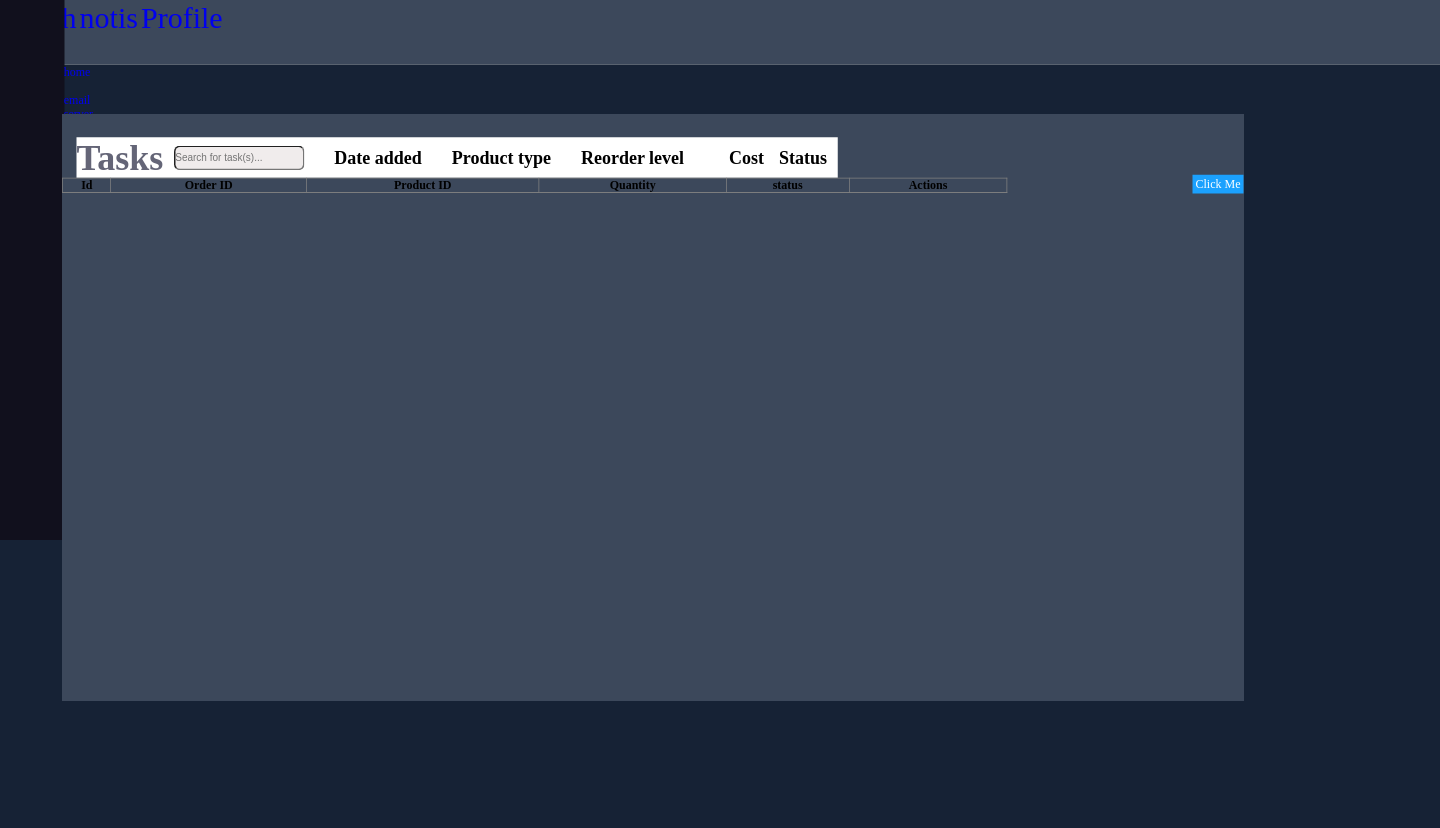
Repository: leystra019/nea
Page: http://localhost/neatest/scripts/php/staff/manageorder.php
These files come from the project's save history. The page is drawn as it stood at one moment and after the next save; the edit follows.
The browser window is 1280 px wide. The page is 1920 px wide, so the pictures cover 1920 px, including what lies to the right of the window. The pictures show the whole page, at 75% of full size.
The page is run by PHP 8.4 with error messages shown; the project is at /var/www/html/. Queries for data that is not in the repository find no rows.

Above is the page before, as saved 2023-02-16 18:58:54.

### scripts/php/staff/manageorder.php
<!DOCTYPE html>
<html lang="en">
<head>
    <meta charset="UTF-8">
    <meta http-equiv="X-UA-Compatible" content="IE=edge">
    <meta name="viewport" content="width=device-width, initial-scale=1.0">
    <title>Orders</title>
    <link rel="stylesheet" href="/neatest/scripts/css/main.css">
    <link rel="stylesheet" href="/neatest/scripts/css/staff/order.css">
</head>
<body>
    <div class="container">
        <nav class="navbar">
            <ul>
                <li><a href="#">search</a></li>
                <li><a href="#">notis</a></li>
                <li><a href="#">Profile</a></li>
            </ul>
        </nav>
        <nav class="sidebar">
            <ul>
                <li><a href="/neatest/scripts/php/staffhome.php">home</a></li>
                <li><a href="#">email server</a></li>
                <li><a href="/neatest/html/order.html">order</a></li>
                <li><a href="#">management</a></li>
            </ul>
        </nav>
        <div class="bg">
            <main>
                <div class="card">
                    <div style="z-index: 1;" class="taskbarcontainer">
                        <h1>Tasks</h1>
                        <input type="text" id ="tasksrch" onkeyup="myFunction()" placeholder="Search for task(s)...">
                        <div class="dateadd">
                            <h2>Date added</h2>
                        </div>
                        <div class="prodtype">
                            <h2>Product type</h2>
                        </div>
                        <div class="reordlvl">
                            <h2>Reorder level</h2>
                        </div>
                        <div class="cost">
                            <h2>Cost</h2>
                        </div>
                        <div class="status">
                            <h2>Status</h2>
                        </div>
                    </div>
                    <div class="right-sideb">
                        <a href="#" id="cbutton" class="button">Click Me</a>
                    </div>
                    <div class="table" >
                        <table style= "border-collapse: collapse" border= "1" width="80%">
                            <form action = "/neatest/php/testing.php" method="post">
                                <thead style="justify-items: centre">
                                    <tr>
                                        <th>Id</th>
                                        <th>Order ID</th>
                                        <th>Product ID</th>
                                        <th>Quantity</th>
                                        <th>status</th>
                                        <th>Actions</th>
                                    </tr>
                                </thead>
                                <tbody style="width: 80%;">
                                <tr>
                                    <?php
                                    ini_set('display_errors', 1);
                                    ini_set('display_startup_errors', 1);
                                    error_reporting(E_ALL);
                                    session_start();

                                    // Connect to the database and retrieve the product data
                                    $conn = mysqli_connect('localhost', 'root', '', 'neatest');
                                    if ($conn->connect_error) {
                                    die('Connection failed: ' . $conn->connect_error);
                                    }
                                    // Retrieve the product ID from the URL query string
                                    $product_id = isset($_GET['id']) ? intval($_GET['id']) : 0;


                                    // Retrieve the product data from the database
                                    $query = "SELECT * FROM orders";
                                    $result = mysqli_query($conn, $query);
                                    if (mysqli_num_rows($result) > 0) {
                                        $order = mysqli_fetch_assoc($result);
                                        $order_id = $order ['order_id'];
                                        $product_id = $order ['product_id'];
                                        $status = $order ['status'];
                                        $quantity = $order ['quantity'];
                                    }
                                    ?>

                                </tr>
                                </tbody>

                            </form>

                            <div class="bg-modal">
                                <div class="modal-content">
                                    <form action="/neatest/scripts/php/staff/changeorder.php" method="post">
                                        <input type="text" placeholder="order_id(s)" name="order_id">
                                        <input type="text" placeholder="product_id" name="product_id">
                                        <input type="text" placeholder="quantity" name="quantity">
                                        <input type="text" placeholder="status" name="status">
                                        <input type="submit"  placeholder="confirm changes">
                                    </form>
                                    <div class="close">+</div>

                                </div>
                            </div>
                    </table>

                </div>
            </div>
            <script src="/neatest/scripts/js/order.js"></script>




</body>
</html>

### scripts/css/main.css
* {
    margin: 0;
    padding: 0;
    text-decoration: none;

  }

  ::marker {
    display: none !important;
  }

  .container {
    padding: 0px 0px 0px 0px !important;
    margin: 0px 0px 0px 0px !important;
    display: grid !important;
    grid-template-areas: "nav nav" "sidebar main";
    content: none !important;
  }

body {
  overflow-y: hidden; /* Hide vertical scrollbar */
  overflow-x: hidden; /* hidden Hide horizontal scrollbar */

}


.navbar {
  background-color:#3C485B !important;
  grid-area: nav;
  height: 86px;
  width: 1920px;
  display: flex;
  padding-top: 0px;
  padding-bottom: 0px;
  justify-content: inline;
  margin: 0px 0px 0px 0px;

}

.navtop div a {
	padding: 0 20px;
	text-decoration: none;
	color: #c1c4c8;
	font-weight: bold;
}
.navtop div a i {
	padding: 2px 8px 0 0;
}


.navbar ul li {
  display: inline-block;
  font-size: 40px;


}


.sidebar{
  background:#3C485B;
  position: fixed;
  grid-area: sidebar;
  left: 0;
  top: 0;
  height: 100%;
  width: 86px;
  background: #11101D;
  transition: all 0.5s ease;
  text-align: left;
}

.sidebar.open{
  width: 423px;
}

#btn.fa-sharp.fa-solid.fa-bars {
  margin-top: 13px;
  margin-left: 25px;
}

#btn.fa-sharp.fa-solid.fa-bars.rotate {
  transform: rotate(90deg);
}

.sidebar ul {
  margin-top: 87px;
  margin-left: 85px;
}

.sidebar ul li{
  list-style: none;
}


li {
  margin-bottom: 20px;
}

.sidebar-list {
  display: none;
}

.sidebar-list a:hover {
  color: #2F9CC3;
}



.sidebar-list a {
  font-size: 39px;
  font-weight: bolder;
  margin-bottom: 40px;
  color: #CAE1EA;
}

.sidebar.open .sidebar-list {
  display: block !important;
}



.bg {
    background: #162235;
    width: 1920px;
    height: 1018px;
    padding: 0px 0px 0px 0px;
    margin: 0px 0px 0px 0px;
}


/*
I need to make it so the sidebar symbol "=" is enlarged and rotate it
<nav class="sidebar">
<ul>
    <li><a href="/neatest/html/home.html">=</a></li>
</ul>
</nav> */

### scripts/css/staff/order.css
.card {
	width: 1575px;
	height: 751px;
	padding-top: 31px;
	background-color: #3C485B;
	margin-left: 83px;
	margin-top: 66px;
	position: relative;

}

.bg-modal {
	background-color: rgba(0, 0, 0, 0.4);
	width: 100%;
	height: 91%;
	position: absolute;
	top: 9%;
	display: none;
	justify-content: center;
	align-items: center;
}


.modal-content {
    width: 800px;
    height: 500px;
    background-color: white;
    text-align: center;
	padding: 20px;
	position: relative;
	border-radius: 4px;
}

.taskbarcontainer {
	width: 1015px;
	height: 54px;
	margin-left: 19px;
	margin-bottom: 100px;
	background-color: white;
	display: flex;
	flex-direction: row;
	margin-bottom: auto;
	position: inline;
	grid-template-areas: "tasksearch dateadded producttype re-ordlvl cost status";

}

.right-sideb {
	float: right;

}
.button {
    background-color: #1BA1FE;
    padding: 4px;
	height: 74px;
	color: white !important;
}

.taskfilters1 {
	width: 169px;
	height: 54px;
	border: 2px;
	justify-content: center;
}

.dateadd {
	border: 2px;
	grid-area: dateadded;
	margin-bottom: auto;
	margin-top: auto;
	margin-left: 20px;
}

.prodtype {
	border: 2px;
	grid-area: producttype;
	margin-bottom: auto;
	margin-top: auto;
	margin-left: 40px;
}

.reordlvl {
	border: 2px;
	grid-area: re-ordlvl;
	margin-bottom: auto;
	margin-top: auto;
	margin-left: 40px;
}

.cost {
	border: 2px;
	grid-area: cost;
	margin-bottom: auto;
	margin-top: auto;
	margin-left: 60px;
}

.status {
	border: 2px;
	grid-area: cost;
	margin-bottom: auto;
	margin-top: auto;
	margin-left: 20px;
}




h1 {
	color: #646577;
	font-size: 48px;
	margin-top: auto;
	margin-bottom: auto;
	grid-area: tasksearch;
}

input {
	width: 170px !important;
	height: 29px;
	background-color: #F0ECEC !important;
	border-radius: 8px;
	margin-top: auto;
	margin-bottom: auto;
	margin-left: 14px;
	display: inline-block;
	grid-area: tasksearch;
	margin-right: 20px;
}

table th td {
	width: 80%;
	position: inherit;
}

.close {
	position: absolute;
	top: 0;
	right: 10px;
	font-size: 42px;
	color: #333;
	transform: rotate(45deg);
	cursor: pointer;
}

### scripts/js/order.js
document.getElementById('cbutton').addEventListener('click', function() {
    document.querySelector('.bg-modal').style.display = 'flex';
});

document.querySelector('.close').addEventListener('click', function() {
    document.querySelector('.bg-modal').style.display = 'none';
});

After the next save:
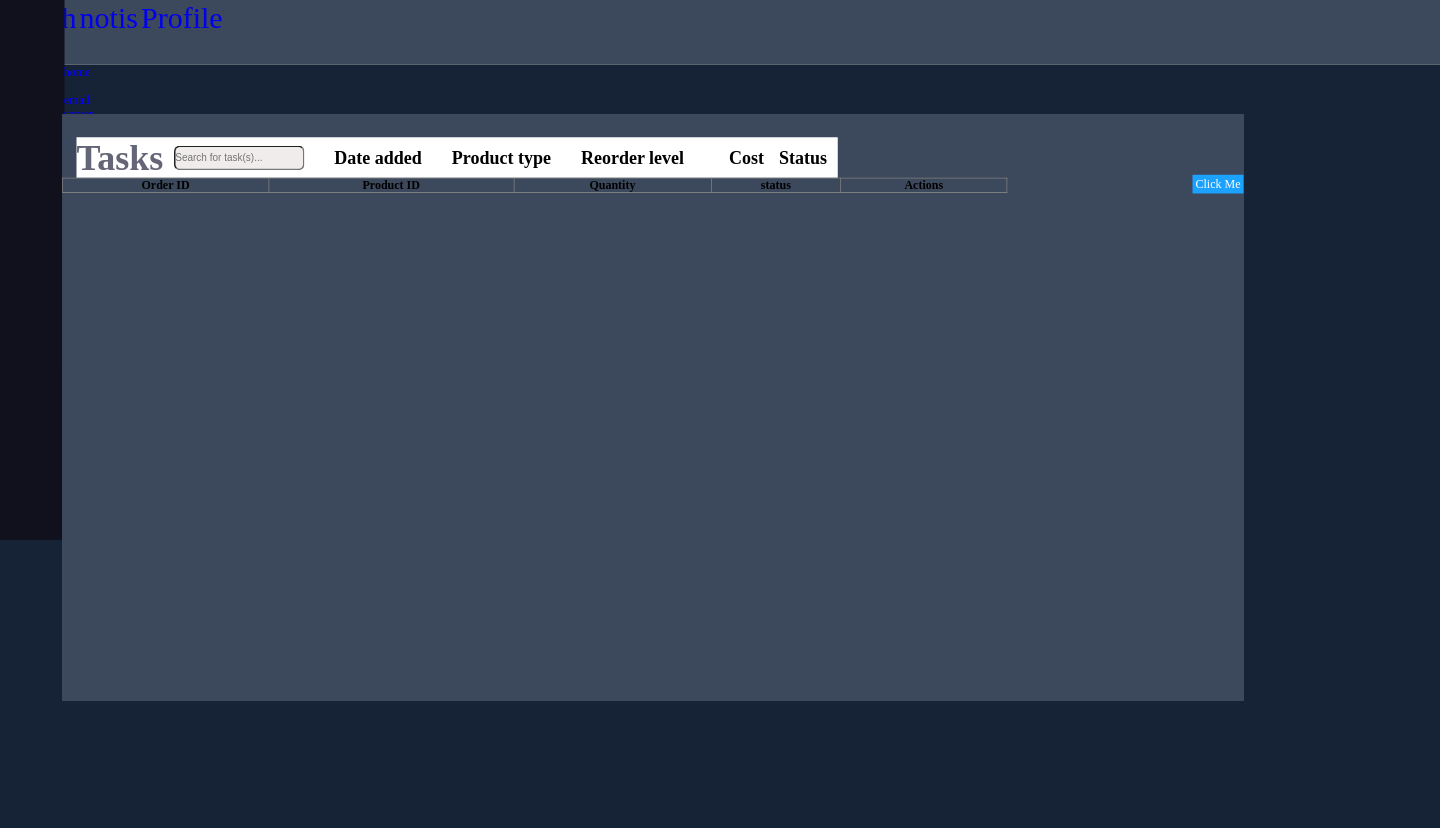
Saved 45 s later.
--- a/scripts/php/staff/manageorder.php
+++ b/scripts/php/staff/manageorder.php
@@ -55,7 +55,6 @@
                             <form action = "/neatest/php/testing.php" method="post">
                                 <thead style="justify-items: centre">
                                     <tr>
-                                        <th>Id</th>
                                         <th>Order ID</th>
                                         <th>Product ID</th>
                                         <th>Quantity</th>
